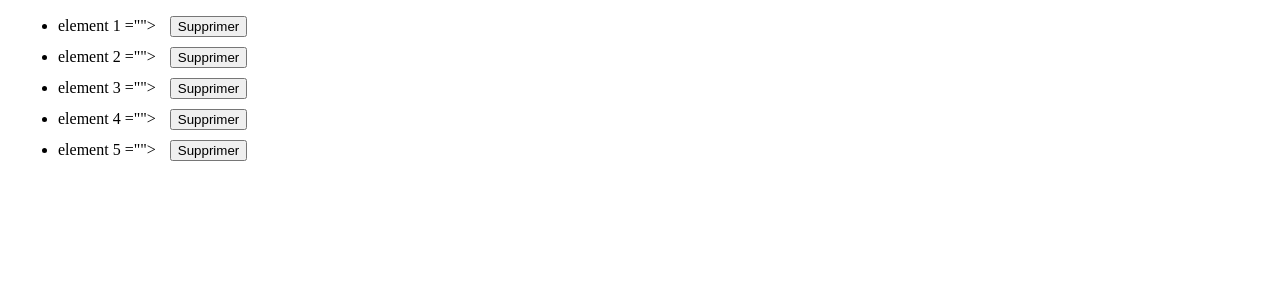
Repository: arione15/Livre_Serrion-Vue.js
Page: liste_ch3.html
An editor plug-in stored every save of this project. The page is shown before and after a run of saves, followed by the edit.
The browser window is 1280 px wide. The pictures show the whole page.

Above is the page before, as saved 2021-09-07 13:49:21.

After the next 2 saves:
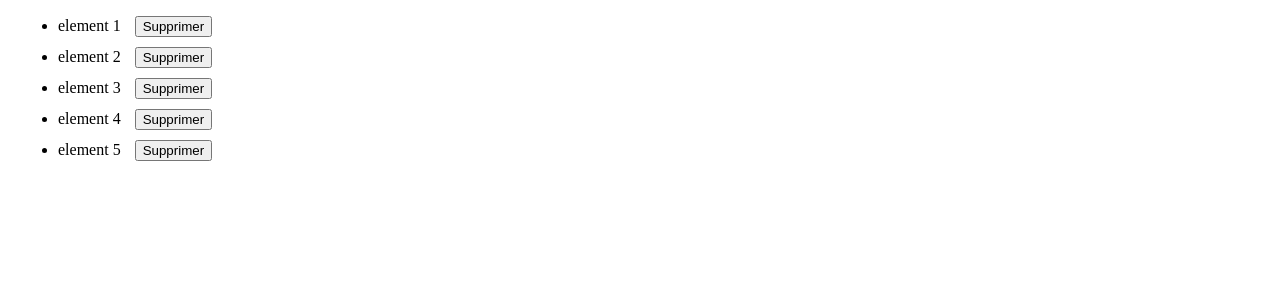
The 2 saves are shown as one change because they came seconds apart.
The last was saved 9 s later.
--- a/liste_ch3.html
+++ b/liste_ch3.html
@@ -25,7 +25,7 @@
                         <span v-if="!element.modifyOn"
                             v-on:dblclick="modifier(element)"> {{ element.text }} </span>
                         <input type="text" v-else style="width:100px;"
-                        v-bind:value=""="">
+                        v-bind:value="element.text">
 
 
                         <button @click="supprimer(element)" style="margin-left:10px;">Supprimer</button>
